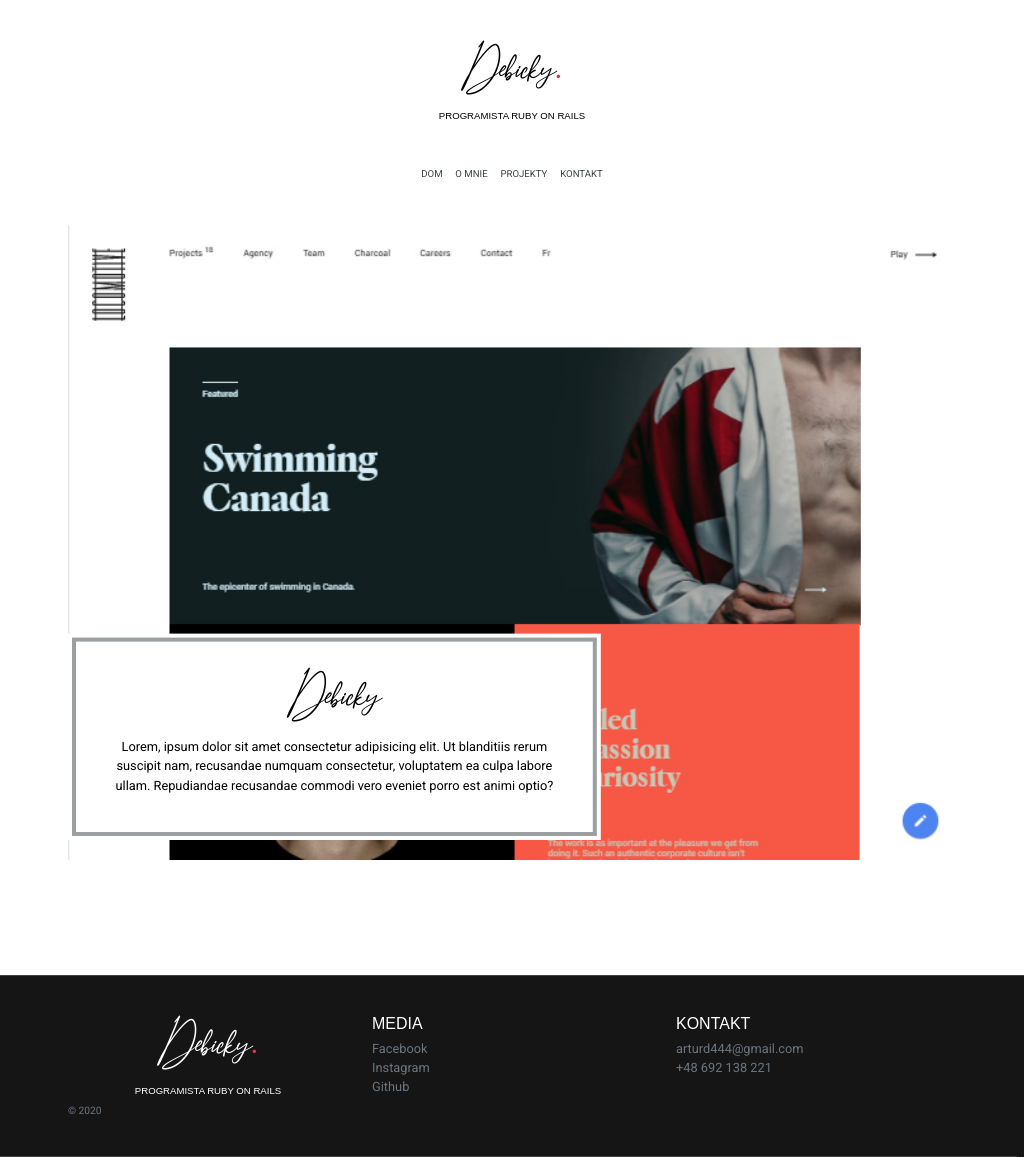
Repository: debicky/debicky.github.io
Page: index.html
The author's editor kept a copy of each file at every save. The page is drawn from the files as they stood at one save, then again after a run of saves.
The browser window is 1280 px wide. The pictures show the whole page, at 80% of full size.
Some web fonts or font styles are not loaded; a fallback is used. Some web libraries are served in a nearby version.

Above is the page before, as saved 2020-06-10 11:02:48.

After the next 3 saves:
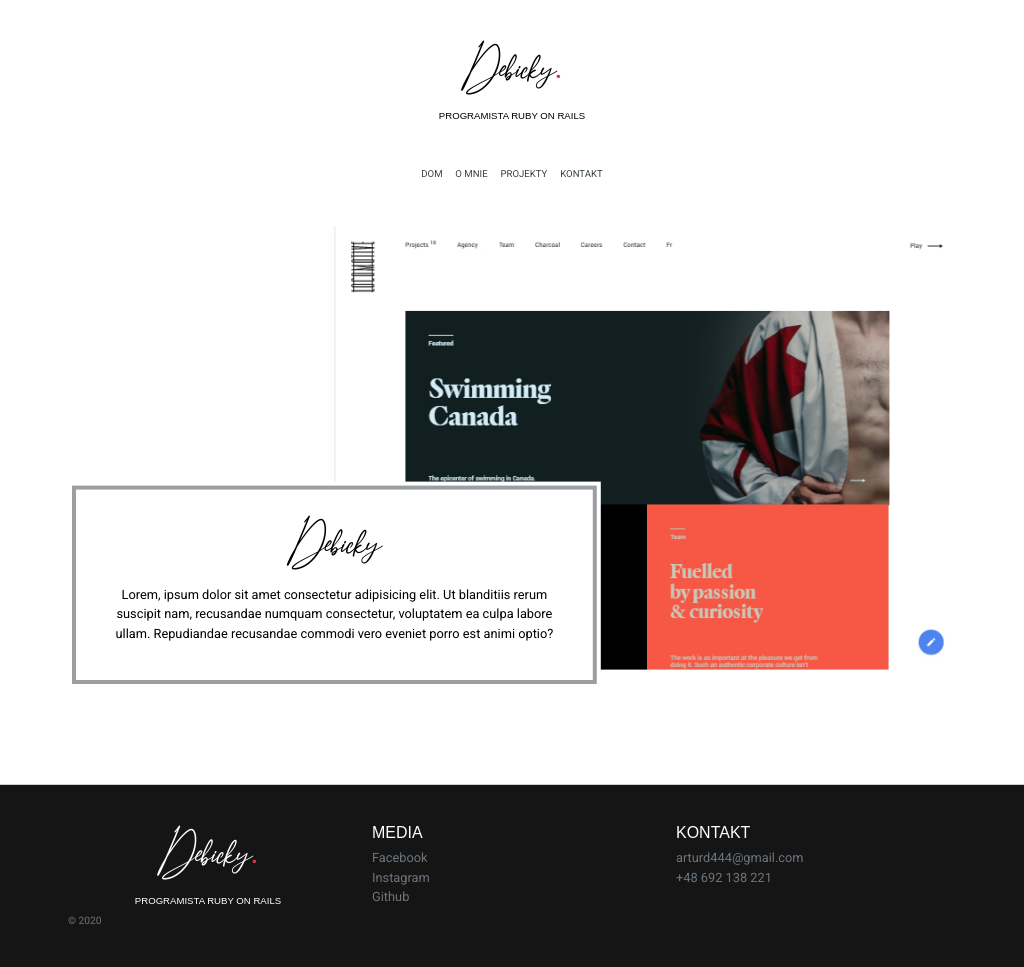
The 3 saves are shown as one change because they came seconds apart.
The last was saved 8 s later.
--- a/styles.css
+++ b/styles.css
@@ -175,6 +175,7 @@ a.text-muted:hover{
   }
 
   .about-image img{
-    width: 70;
+    width: 70%;
+    margin-left: auto;
   }
 }
